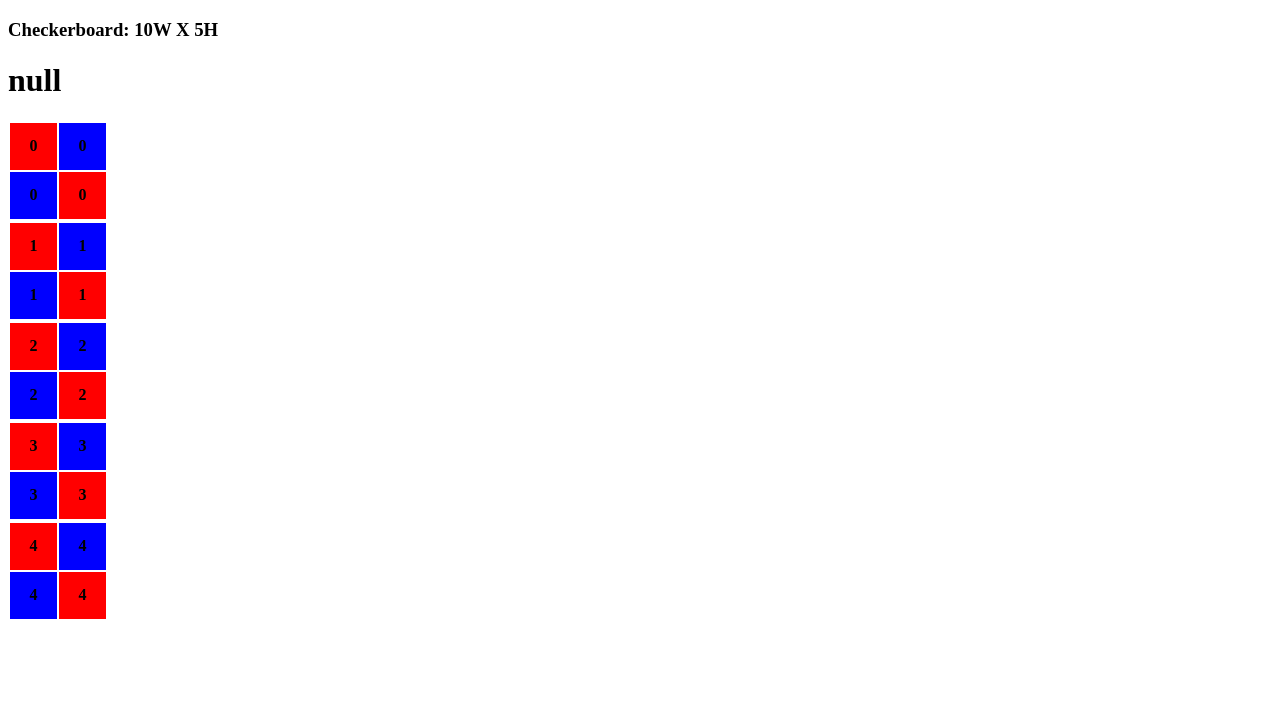
Repository: ben-mandakh/Java-Projects
Page: http://localhost/CheckerBoard/CheckerBoard.jsp
An editor plug-in stored every save of this project. The page is shown before and after the next save, followed by the edit.
The browser window is 1280 px wide. The pictures show the whole page.
The page is served by Tomcat 9.

Above is the page before, as saved 2019-08-09 02:42:09.

### CheckerBoard/WebContent/CheckerBoard.jsp
<%@ page language="java" contentType="text/html; charset=ISO-8859-1"
    pageEncoding="ISO-8859-1"%>
<!DOCTYPE html>
<html>
<head>
<meta charset="ISO-8859-1">
<title>Checker Board</title>
</head>
<body>


	<h3> Checkerboard: 10W X 5H</h3>
	<!-- getting the value for the name parameter -->
    <% String req = request.getParameter("name"); %>
    <!-- displaying the value -->
    <h1><%= req %></h1>

    <% for(int i = 0; i<5; i++){ %>

	<table>
		<tr>
			<th style="width:45px; height:45px; background-color: red"> <%= i %></th>
			<th style="width:45px; height:45px; background-color: blue"> <%= i %></th>

		</tr>
		<tr>

			<th style="width:45px; height:45px; background-color: blue"> <%= i %></th>
			<th style="width:45px; height:45px; background-color: red"> <%= i %></th>

		</tr>
	</table>


	<% } %>

</body>
</html>

After the next save:
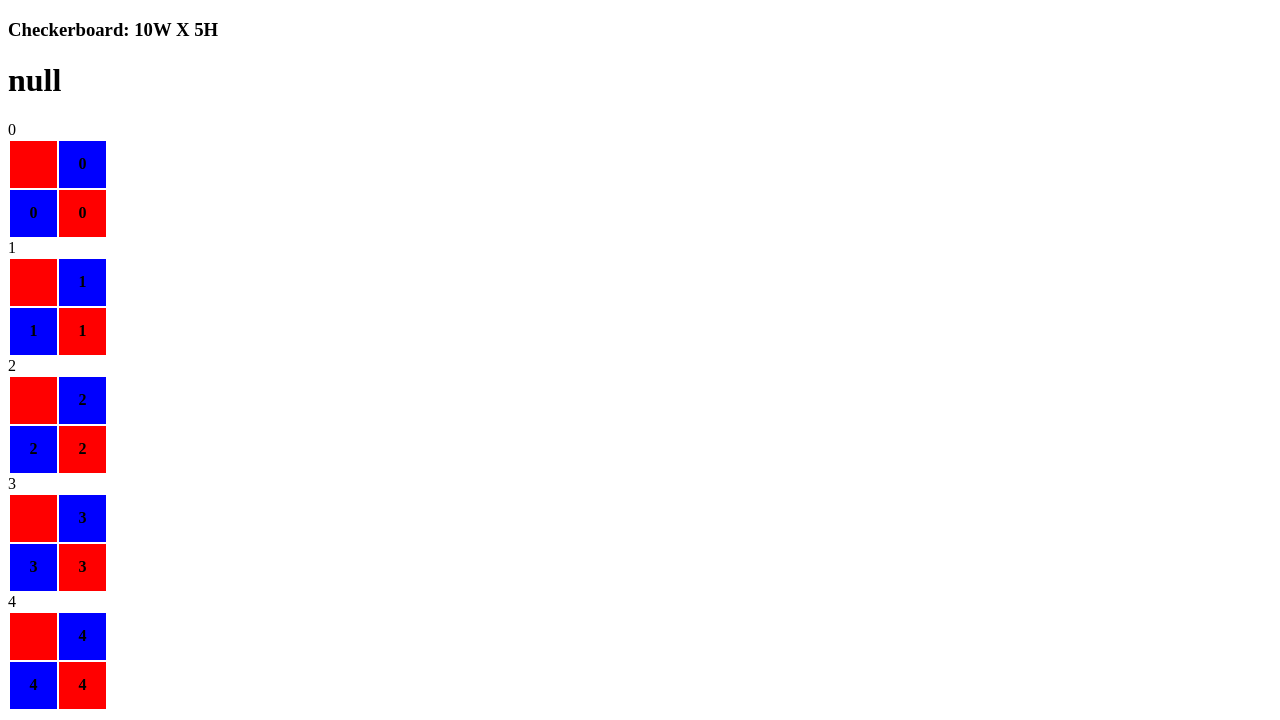
Saved 57 s later.
--- a/CheckerBoard/WebContent/CheckerBoard.jsp
+++ b/CheckerBoard/WebContent/CheckerBoard.jsp
@@ -18,8 +18,8 @@
     <% for(int i = 0; i<5; i++){ %>
 
 	<table>
-		<tr>
-			<th style="width:45px; height:45px; background-color: red"> <%= i %></th>
+		<tr>  <%= i %>
+			<th style="width:45px; height:45px; background-color: red"> </th>
 			<th style="width:45px; height:45px; background-color: blue"> <%= i %></th>
 
 		</tr>
